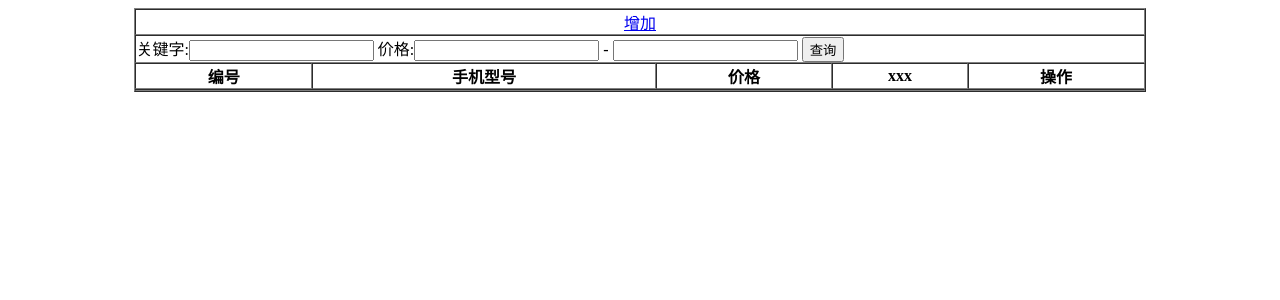
Repository: qyl1006/JavaCode
Page: http://localhost/task02/product
An editor plug-in stored every save of this project. The page is shown before and after the next save, followed by the edit.
The browser window is 1280 px wide. The pictures show the whole page.
The page is served by Tomcat 9. Queries for data that is not in the repository find no rows.

Above is the page before, as saved 2018-03-15 04:52:46.

After the next save:
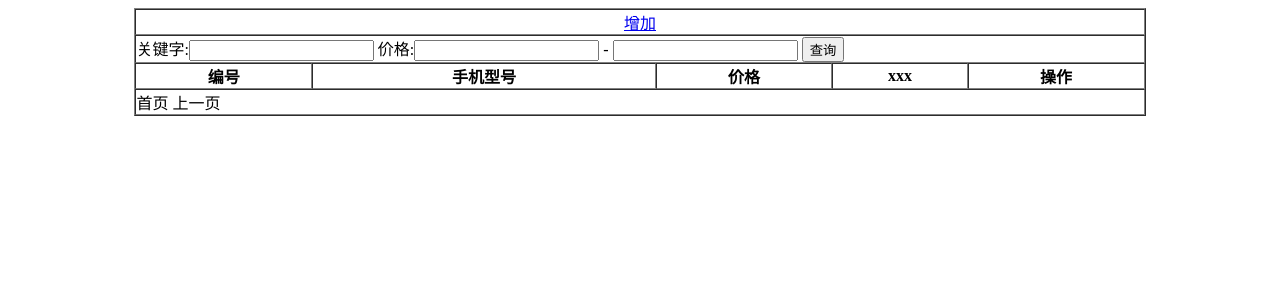
Saved 20 s later.
--- a/workspace/task02/webapp/WEB-INF/views/product/list.jsp
+++ b/workspace/task02/webapp/WEB-INF/views/product/list.jsp
@@ -57,6 +57,7 @@
 						<a href="javascript:goPage(1)">首页</a>
 						<a href="javascript:goPage(${result.prevPage})">上一页</a>
 					</c:when>
+					<c:otherwise>首页 上一页</c:otherwise>
 				</c:choose>
 			</td>
 		</tr>
